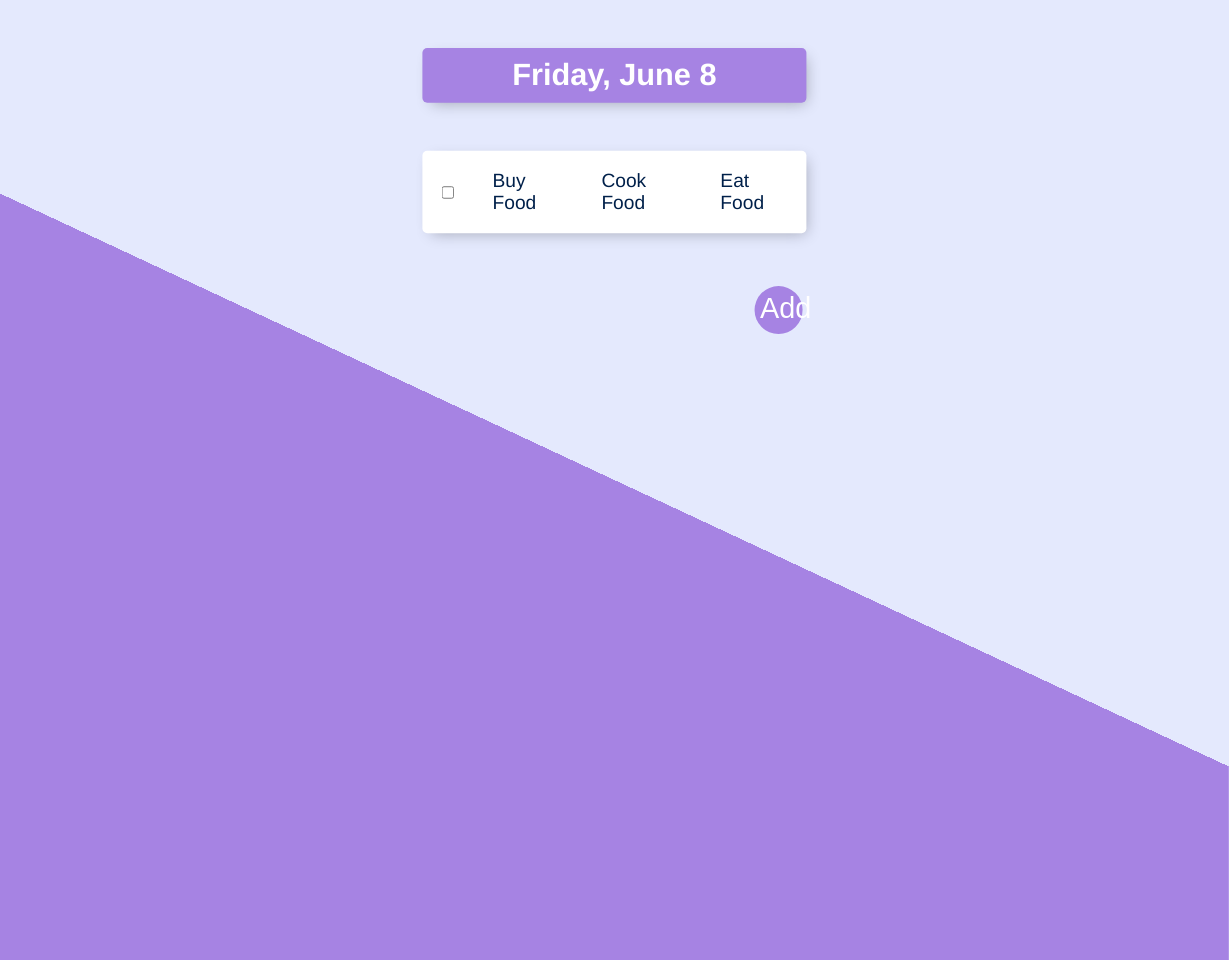
Repository: DESTINYAS/ToDo-List
Page: http://localhost/
An editor plug-in stored every save of this project. The page is shown before and after the next save, followed by the edit.
The browser window is 1280 px wide. The pictures show the whole page, at 96% of full size.
The page is served by the project's Node server (app.js).

Above is the page before, as saved 2022-08-24 14:27:48.

### views/list.ejs
<!DOCTYPE html>
<html lang="en">
  <head>
    <meta charset="UTF-8" />
    <meta http-equiv="X-UA-Compatible" content="IE=edge" />
    <meta name="viewport" content="width=device-width, initial-scale=1.0" />
    <title>To do list</title>
    <link rel="stylesheet" href="css/styles.css">
  </head>
  <body>
    <div class="box" id="heading">
      <h1><%= kindOfDay %></h1>
    </div>

    <div class="box">
      <div class="item">
        <input type="checkbox">
        <% for( var i=0;i<newListItems.length;i++) {%>
          <p><%= newListItems[i] %></p>
          <%}%>
      </div>

    </div>

    <form class="" action="/" method="post">
      <input type="text" name="newItem" />
      <button type="submit">Add</button>
    </form>
  </body>
</html>

### app.js
const express = require("express");
const bodyParser = require("body-parser");

const app = express();
var items = ["Buy Food", "Cook Food", "Eat Food"];
app.set("view engine", "ejs");
app.use(bodyParser.urlencoded({ extended: true }));
app.use(express.static("public"));

app.get("/", function (req, res) {
  const today = new Date();

  var options = {
    weekday: "long",
    day: "numeric",
    month: "long",
  };
  var day = today.toLocaleDateString("en-US", options);

  res.render("list", { kindOfDay: day, newListItems: items });
});
app.post("/", function (req, res) {
  var item = req.body.newItem;
  items.push(item);
  res.redirect("/");
});

app.listen(3000, function () {
  console.log("server started at port 3000");
});

### public/css/styles.css
html {
  background-color: #e4e9fd;
  background-image: -webkit-linear-gradient(65deg, #a683e3 50%, #e4e9fd 50%);
  min-height: 1000px;
  font-family: "helvetica neue";
}

h1 {
  color: #fff;
  padding: 10px;
}

.box {
  max-width: 400px;
  margin: 50px auto;
  background: white;
  border-radius: 5px;
  box-shadow: 5px 5px 15px -5px rgba(0, 0, 0, 0.3);
}

#heading {
  background-color: #a683e3;
  text-align: center;
}

.item {
  min-height: 70px;
  display: flex;
  align-items: center;
  border-bottom: 1px solid #f1f1f1;
}

.item:last-child {
  border-bottom: 0;
}

input:checked + p {
  text-decoration: line-through;
  text-decoration-color: #a683e3;
}

input[type="checkbox"] {
  margin: 20px;
}

p {
  margin: 0;
  padding: 20px;
  font-size: 20px;
  font-weight: 200;
  color: #00204a;
}

form {
  text-align: center;
  margin-left: 20px;
}

button {
  min-height: 50px;
  width: 50px;
  border-radius: 50%;
  border-color: transparent;
  background-color: #a683e3;
  color: #fff;
  font-size: 30px;
  padding-bottom: 6px;
  border-width: 0;
}

input[type="text"] {
  text-align: center;
  height: 60px;
  top: 10px;
  border: none;
  background: transparent;
  font-size: 20px;
  font-weight: 200;
  width: 313px;
}

input[type="text"]:focus {
  outline: none;
  box-shadow: inset 0 -3px 0 0 #a683e3;
}

::placeholder {
  color: grey;
  opacity: 1;
}

footer {
  color: white;
  color: rgba(0, 0, 0, 0.5);
  text-align: center;
}

After the next save:
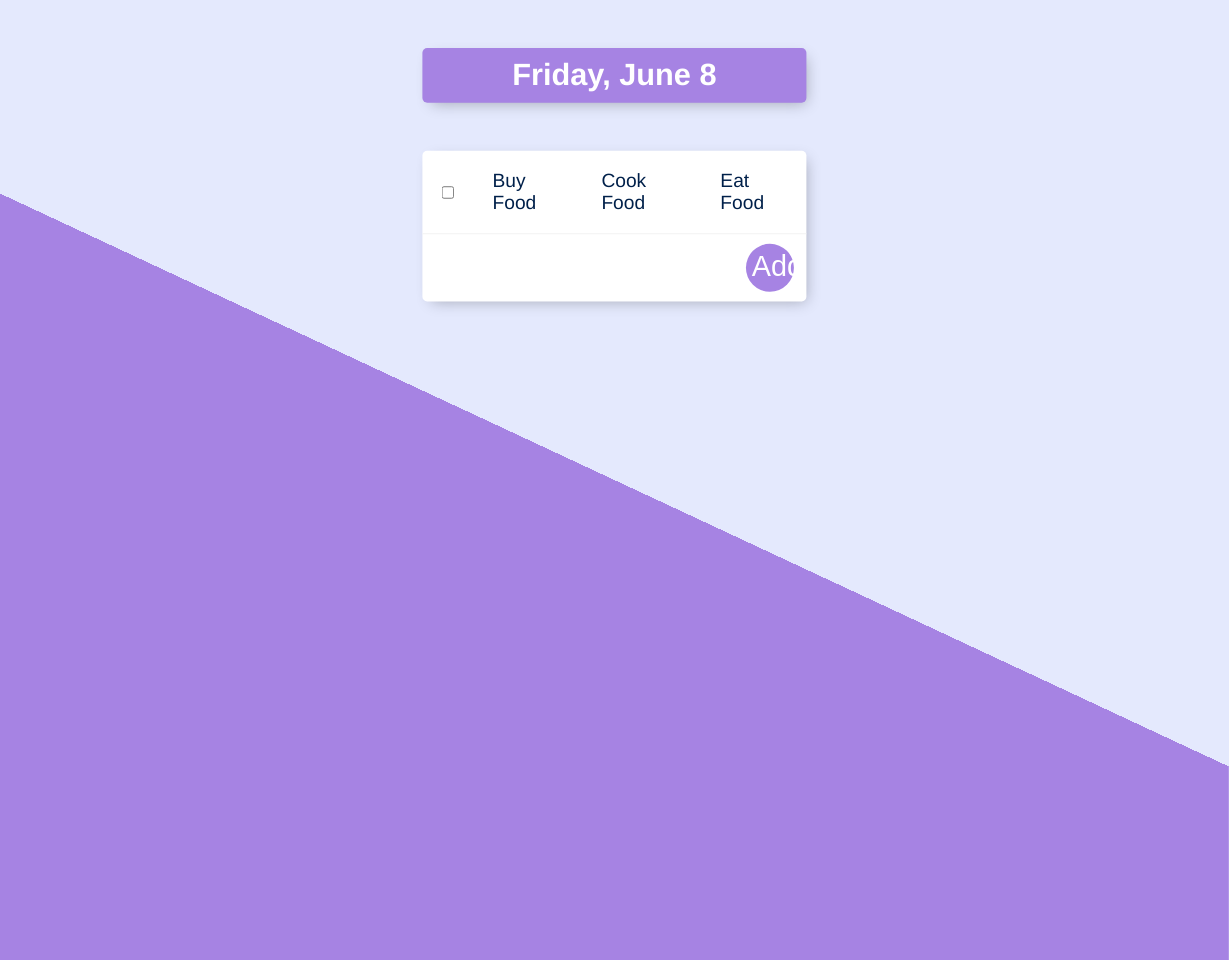
Saved 106 s later.
--- a/views/list.ejs
+++ b/views/list.ejs
@@ -19,12 +19,12 @@
           <p><%= newListItems[i] %></p>
           <%}%>
       </div>
-
+      <form class="item" action="/" method="post">
+        <input type="text" name="newItem" />
+        <button type="submit">Add</button>
+      </form>
     </div>
 
-    <form class="" action="/" method="post">
-      <input type="text" name="newItem" />
-      <button type="submit">Add</button>
-    </form>
+
   </body>
 </html>
